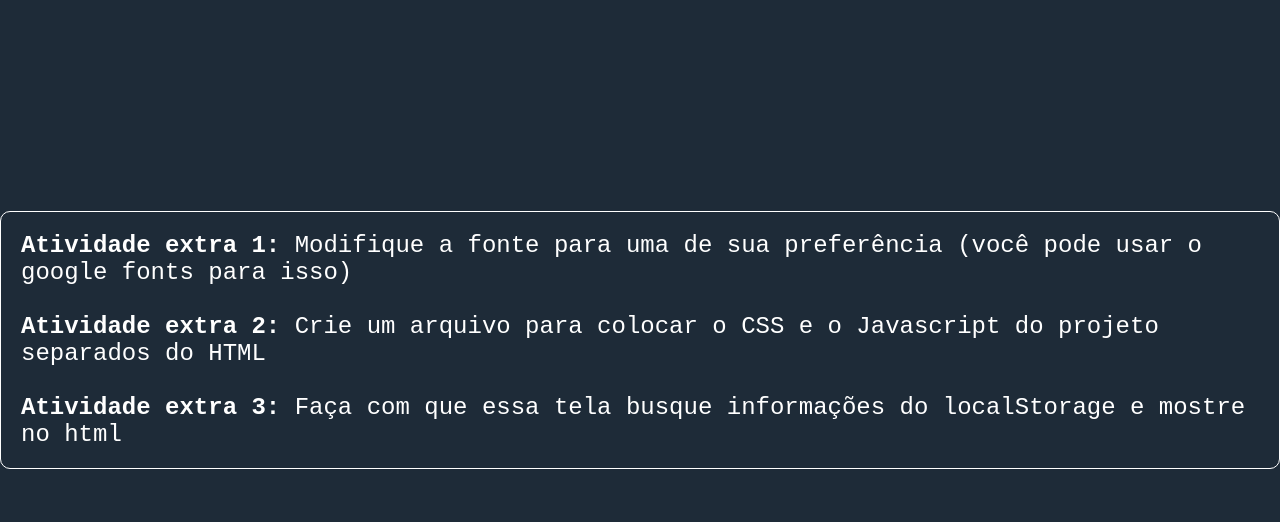
Repository: Gabrielb0rn/login-redes
Page: desafio-extra.html
An editor plug-in stored every save of this project. The page is shown before and after a run of saves, followed by the edit.
The browser window is 1280 px wide. The pictures show the whole page.

Above is the page before, as saved 2024-09-11 11:00:52.

After the next 3 saves:
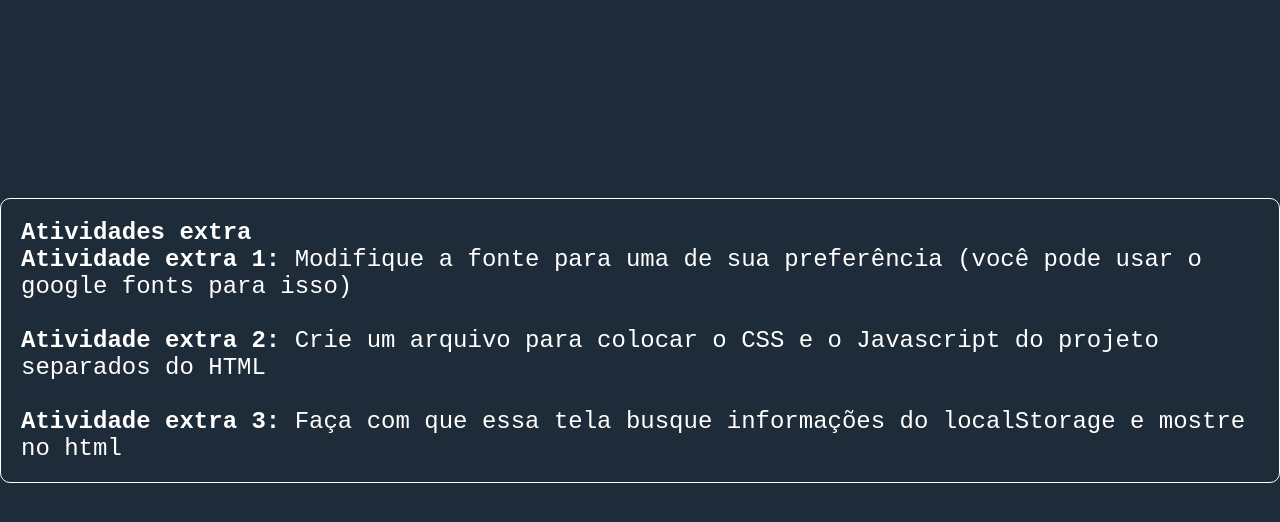
The 3 saves are shown as one change because they came seconds apart.
The last was saved 17 s later.
--- a/desafio-extra.html
+++ b/desafio-extra.html
@@ -9,6 +9,7 @@
 <body class="center-page">
   <div class="containter-betwen">
     <div>
+      <h1>Atividades extra</h1>
       <p><b>Atividade extra 1:</b> Modifique a fonte para uma de sua preferência (você pode usar o google fonts para isso) </p>
       <br>
       <p><b>Atividade extra 2:</b> Crie um arquivo para colocar o CSS e o Javascript do projeto separados do HTML </p>
